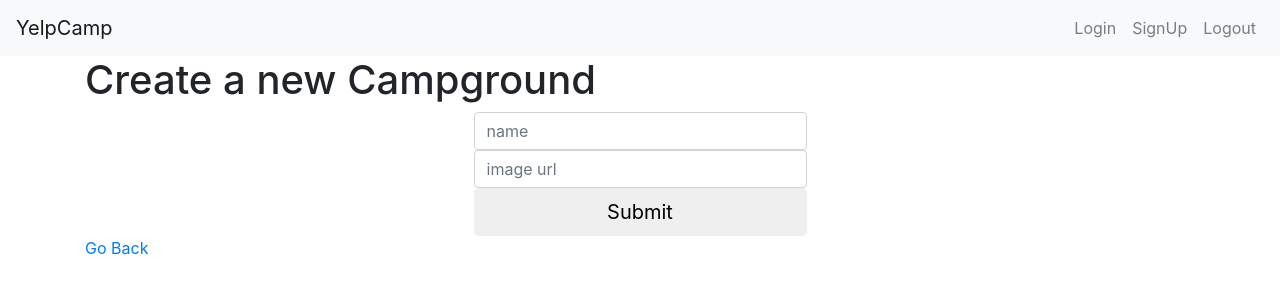
Repository: ninad1999/Yelp-Camp
Page: http://localhost/campgrounds/new
The author's editor kept a record of every edit. The page is drawn from the files as they stood at one moment, then again after the next edit.
The browser window is 1280 px wide. The pictures show the whole page.
The page is served by the project's Node server (V1/app.js).

Above is the page before.

After the next edit:
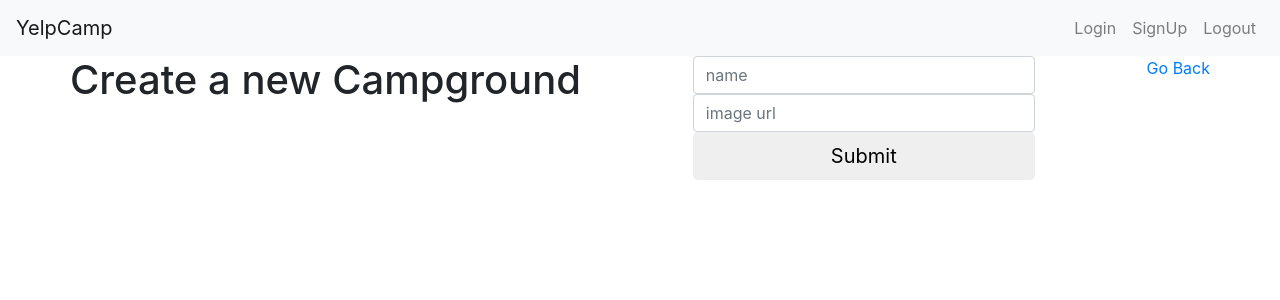
The edit:
--- a/workspace/V1/views/new.ejs
+++ b/workspace/V1/views/new.ejs
@@ -1,7 +1,7 @@
 <% include partials/header %>
 
 <div class="container">
-    <!--<div class="row">-->
+    <div class="row">
         <h1>Create a new Campground</h1>
         <div style="width: 30%; margin: 0 auto">
             <form action="/campgrounds" method="POST">

After the 2 edits that followed:
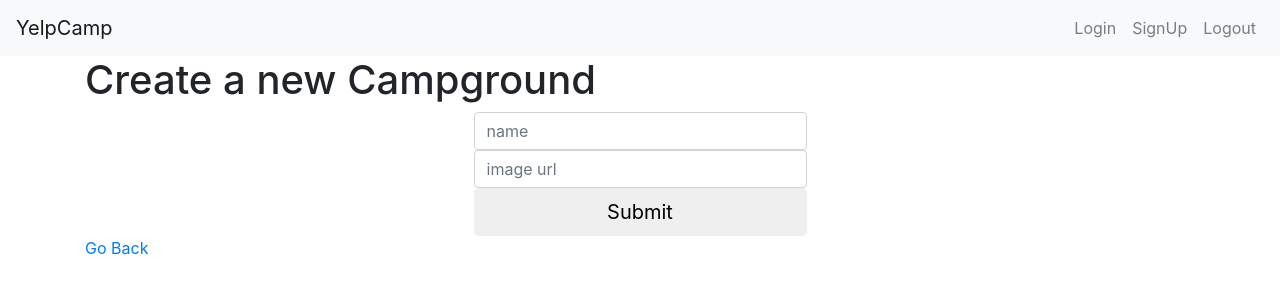
The 2 edits are shown as one change because 1 left the picture as it was.
The edit:
--- a/workspace/V1/views/new.ejs
+++ b/workspace/V1/views/new.ejs
@@ -1,7 +1,7 @@
 <% include partials/header %>
 
 <div class="container">
-    <div class="row">
+    <!--<div class="form-row">-->
         <h1>Create a new Campground</h1>
         <div style="width: 30%; margin: 0 auto">
             <form action="/campgrounds" method="POST">
@@ -18,7 +18,7 @@
         </div>
 
         <a href="/campgrounds">Go Back</a>
-    <!--</div>-->
+    </div>
 </div>
 
 <% include partials/footer %>
